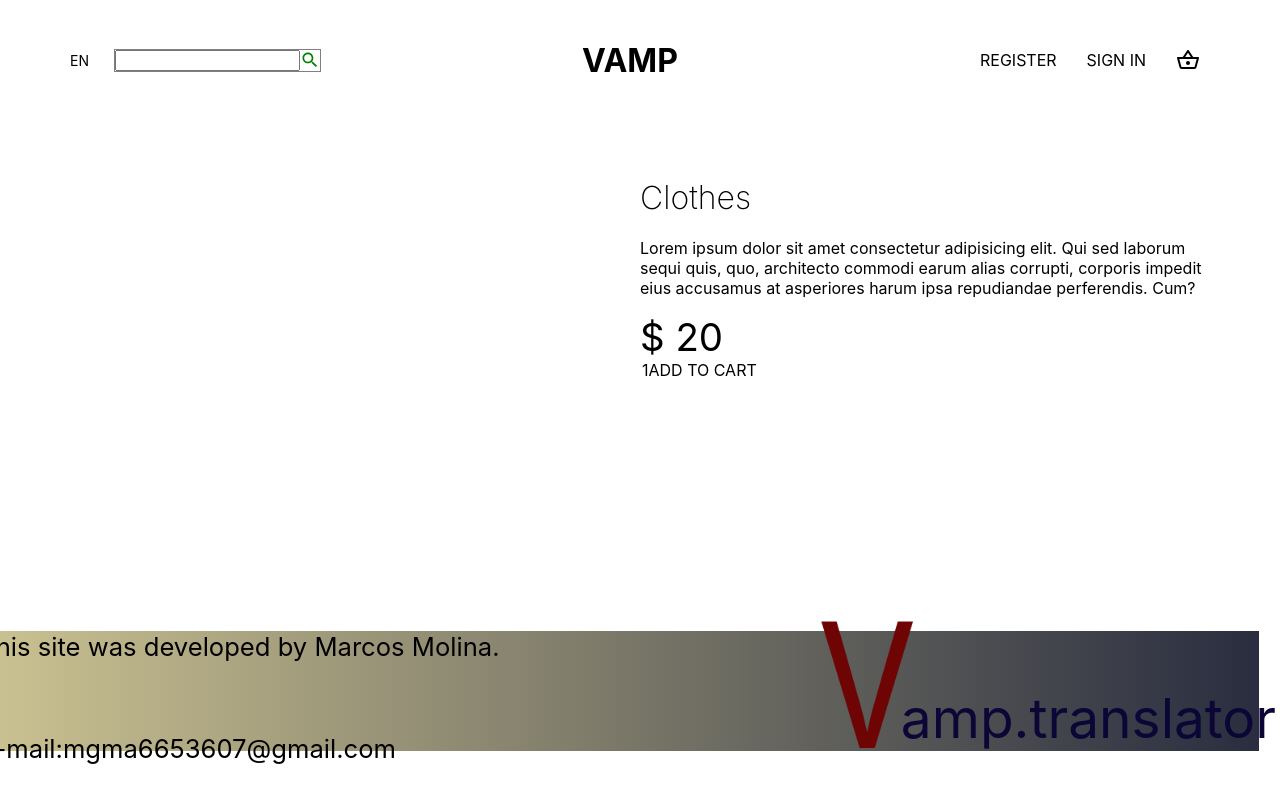
Repository: mgma2005/ecoeli
Page: /
An editor plug-in stored every save of this project. The page is shown before and after a run of saves, followed by the edit.
The browser window is 1280 px wide. The pictures show the part of the page from y = 173 to 979 px (the page is 979 px tall before and 950 px after).
The project was rebuilt for these pictures with package versions that can differ from the ones it lists, and the page was loaded fresh each time. Also part of the build but not shown: src/App.css.

Above is the page before, as saved 2022-05-14 17:34:15.

After the next 2 saves:
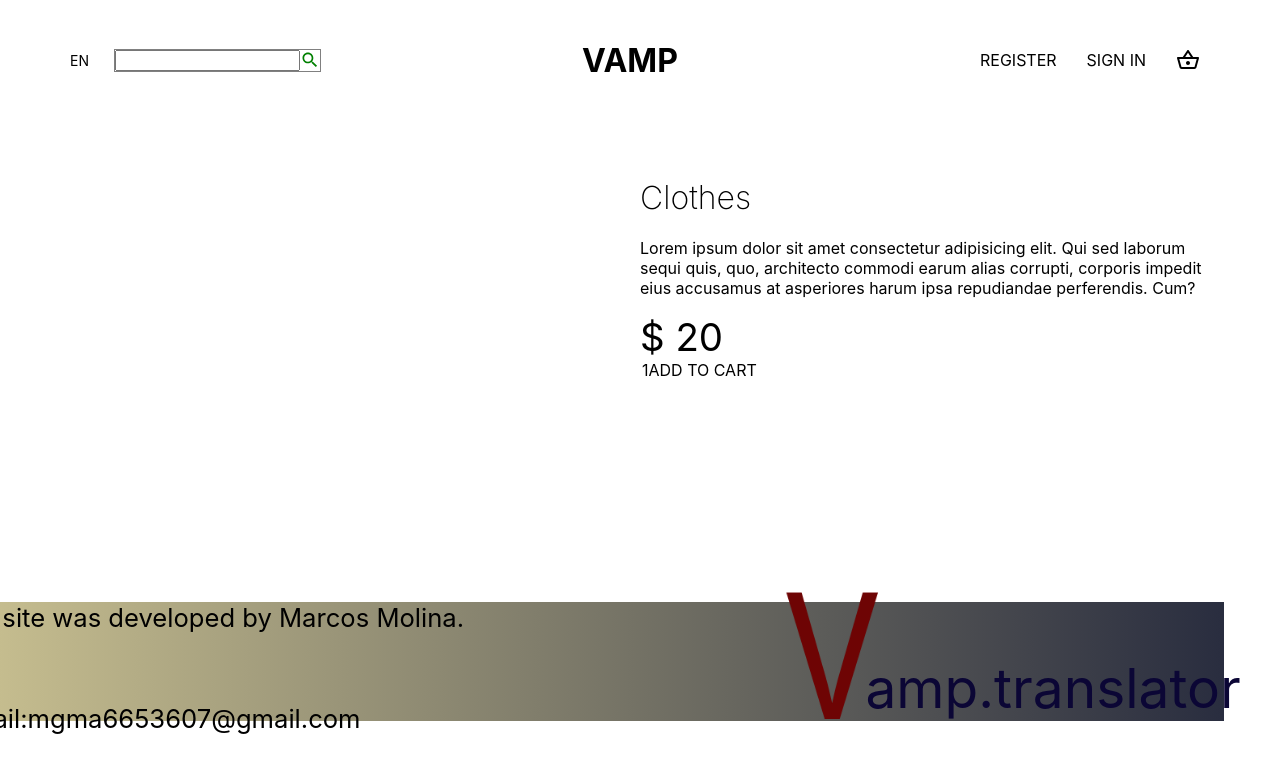
The 2 saves are shown as one change because they came seconds apart.
The last was saved 8 s later.
--- a/src/style.css
+++ b/src/style.css
@@ -1,5 +1,5 @@
 .cont2{
-    margin: -6%;
+    margin: -9%;
     width: 100vw;
     height: auto;
     background: linear-gradient(to right, rgb(204, 195, 146),rgb(41, 45, 63));
